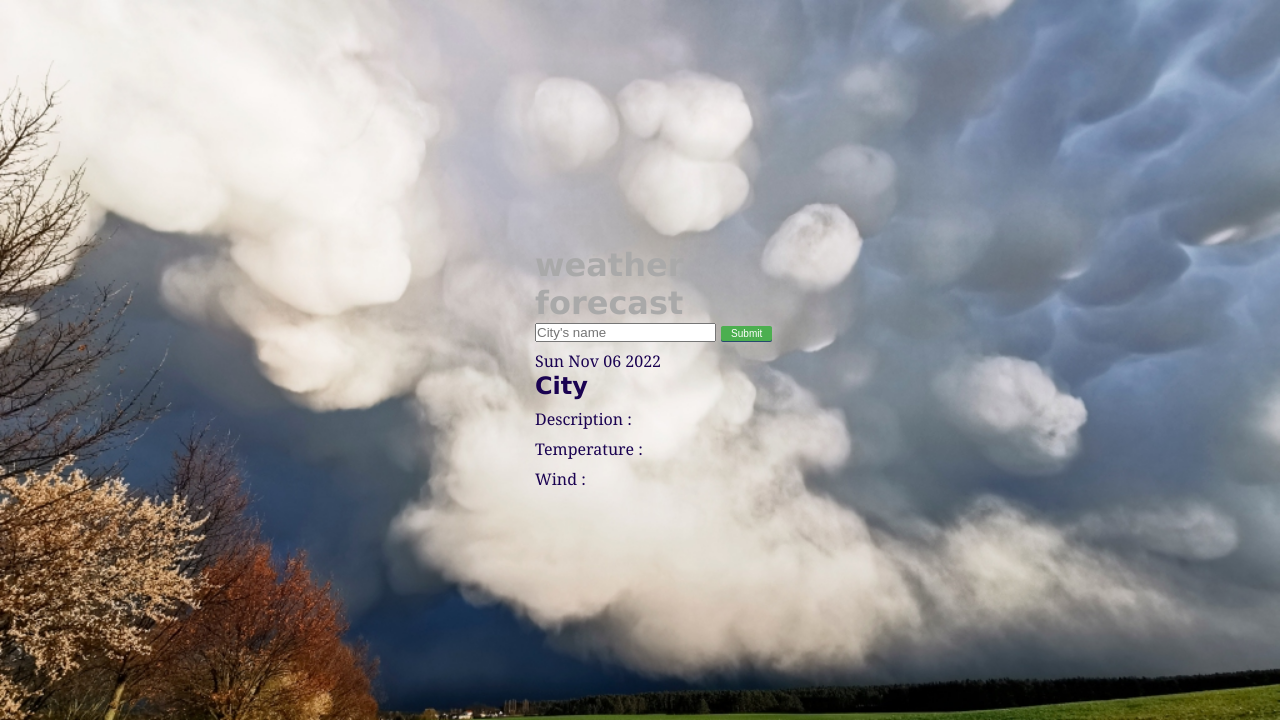
Repository: heartbreathing/searchWeather
Page: index.html
These files come from the project's save history. The page is drawn as it stood at one moment and after a run of saves; the edit follows.
The browser window is 1280 px wide. The pictures show the whole page.

Above is the page before, as saved 2022-11-07 09:08:05.

### index.html
<!DOCTYPE html>
<html lang="en">
  <head>
    <meta charset="UTF-8" />
    <meta http-equiv="X-UA-Compatible" content="IE=edge" />
    <meta name="viewport" content="width=device-width, initial-scale=1.0" />
    <title>search_weather</title>
    <link rel="stylesheet" href="index.css" />
  </head>
  <body>
    <div class="content">
      <h1>weather forecast</h1>

      <form class="form">
        <input type="text" name="name" placeholder="City's name" />
        <button type="submit" class="btn">Submit</button>
      </form>
      <div class="time content_line"></div>
      <h2><span class="name capitalize">City</span></h2>
      <p class="content_line">Description :<span class="description"></span></p>
      <p class="content_line">
        Temperature : <span class="temperature"></span>
      </p>
      <p class="content_line">Wind :<span class="wind"></span></p>
    </div>

    <script src="index.js"></script>
  </body>
</html>

### index.css
* {
    margin: 0;
    padding: 0;
    box-sizing: border-box ;
}
body {
    background-color: rgb(148, 141, 247);
    background-image: url(./image/background_image.jpg);
    background-repeat: no-repeat;
    background-size:cover;
    font-family: 'Lucida Sans', 'Lucida Sans Regular', 'Lucida Grande', 'Lucida Sans Unicode', Geneva, Verdana, sans-serif ;
    color: rgb(26, 2, 81);
}
.content {
    position: absolute;
    display: inline-block;
    width: 300px;
    top:50%;
    left:50%;
    transform: translate(-35%, -50%);
    row-gap: 1rem;
}
h1 {
    margin-top: 1rem;
    color: darkgrey;
}
.content_line {
    font-family:Cambria, Cochin, Georgia, Times, 'Times New Roman', serif ;
    font-size: 1rem;
    margin-top: 0.5rem;
}
.btn {
    background-color: #4CAF50; /* Green */
    border: none;
    color: white;
    padding: 2px 10px;
    text-align: center;
    text-decoration: none;
    display: inline-block;
    font-size: 10px;
    border-radius: 2px;
    box-shadow: 0 1px #27496d;

}
.capitalize{

    text-transform: capitalize;

    }

### index.js
    "use strict";
      let timeEl = document.querySelector('.time')

      function getTime(){
        timeEl.innerHTML = new Date().toDateString()
      }
      getTime()

      let form = document.querySelector('.form');
      let city;

      async function getData() {
        let res = await fetch(
          `https://goweather.herokuapp.com/weather/${city}`
        );
        const data = await res.json();

        const temp = document.querySelector('.temperature');
        const wind = document.querySelector('.wind');
        const forecast = document.querySelector('.content');
        const description = document.querySelector('.description');
        const name = document.querySelector('.name')

        temp.innerHTML = data.temperature;
        wind.innerHTML = data.wind;
        description.innerHTML = data.description;
        name.innerHTML = city

      }

      form.addEventListener('submit', function (event) {
        event.preventDefault();
        city = this.elements.name.value;
        getData();
      });

After the next 3 saves:
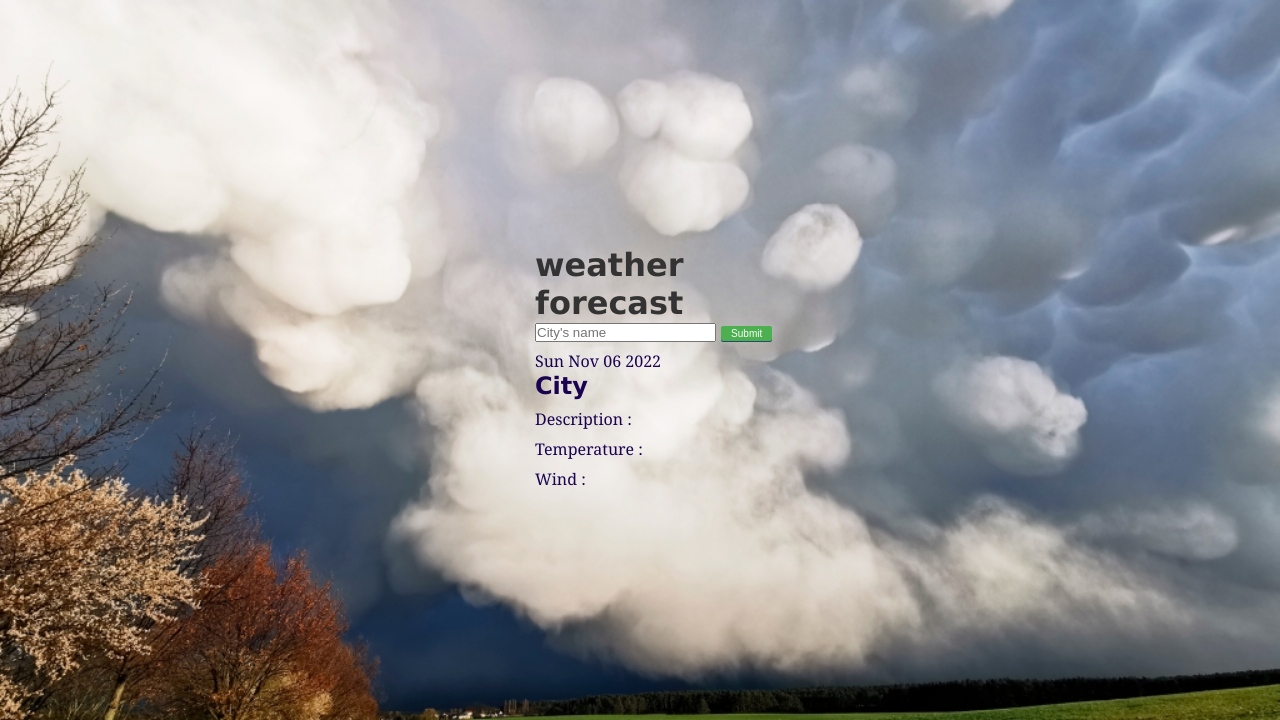
The 3 saves are shown as one change because they came seconds apart.
The last was saved 21 s later.
--- a/index.css
+++ b/index.css
@@ -22,7 +22,7 @@ body {
 }
 h1 {
     margin-top: 1rem;
-    color: darkgrey;
+    color: rgb(52, 51, 51);
 }
 .content_line {
     font-family:Cambria, Cochin, Georgia, Times, 'Times New Roman', serif ;
